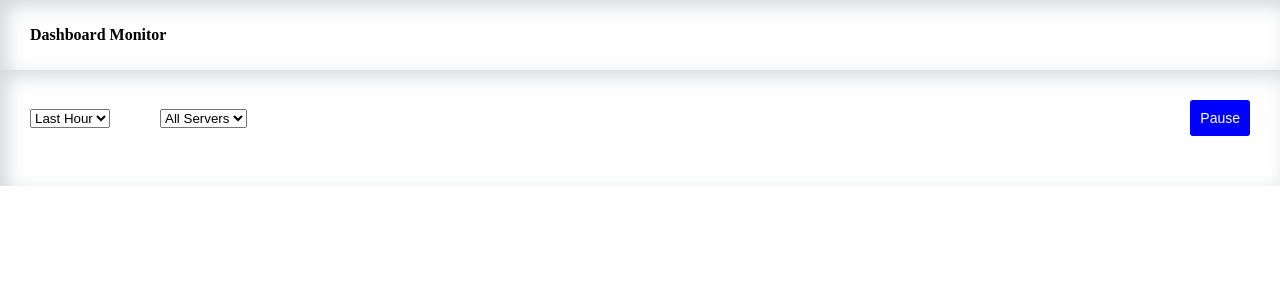
Repository: egorgloom/dashboard
Page: /
An editor plug-in stored every save of this project. The page is shown before and after the next save, followed by the edit.
The browser window is 1280 px wide. The pictures show the whole page.
The page's requests for data from a server got no answer. The project was rebuilt for these pictures with package versions that can differ from the ones it lists, and the page was loaded fresh each time. No one was signed in, and anything a server would have sent is missing. Also part of the build but not shown: webpack.config.js, src/components/ItemCard/ItemCard.tsx, src/components/SingleServerMetrics/SingleServerMetrics.tsx.

Above is the page before, as saved 2025-04-16 16:41:07.

### src/index.html
<!DOCTYPE html>
<html>

<head>
  <meta charset="utf-8">
  <meta name="viewport" content="width=device-width, initial-scale=1.0" />
  <title>Dashboard</title>
</head>

<body>
  <div id="app"></div>
  <!-- <script type="module" src="./main.tsx"></script> -->
</body>
</html>

### src/app.tsx
import * as React from 'react';

import ReactDOM from "react-dom/client";
import { Provider } from 'react-redux';
import {
  BrowserRouter as Router,
  Routes,
  Route,
  BrowserRouter
} from "react-router-dom";



import './app.scss'
import OverviewPage from './components/OverviewPage/OverviewPage';
import store from './store';
import SingleServerMetrics from './components/SingleServerMetrics/SingleServerMetrics';



const App = () => {
  return (
    <>
    <Routes>
      <Route path='*' element={<OverviewPage/>}/>
      <Route path='/metrics/:id' element={<SingleServerMetrics/>} />
    </Routes>
    </>

  )
}




const rootElement = document.getElementById('app');
if (rootElement) {
  const root = ReactDOM.createRoot(rootElement);
  root.render(
    <React.StrictMode>
      <Provider store={store}>
        <BrowserRouter>
          <App />
        </BrowserRouter>
      </Provider>
    </React.StrictMode>
  );
}

### src/app.scss
html, body {
    width: 100%; height: 100%; margin: 0; padding: 0;

  }

  * {
    margin: 0;
    padding: 0;
    box-sizing: border-box;
  }

  #app {
    width: 100%; height: 100%; margin: 0; padding: 0px;
  }


  ol,
  ul {
    list-style: none;
  }

  a {
    text-decoration: none;
    padding: 0;
    margin: 0;
  }

  //variables

  $white: #FFF;
$lightBlack: #333;
$black: #000;
$blue: blue;

$fs10: 10px;
$fs11: 11px;
$fs12: 12px;
$fs13: 13px;
$fs14: 14px;
$fs16: 16px;
$fs17: 17px;
$fs18: 18px;
$fs20: 20px;
$fs24: 24px;
$fs36: 36px;

$pad30px: 30px;

//mixins
@mixin flex--center {
  display: flex;
  align-items: center;
  justify-content: center;

}

@mixin flex--space-between {
  display: flex;
  align-items: center;
  justify-content: space-between;

}

@mixin box-shadow {
  -webkit-box-shadow: 7px 6px 19px 0px rgba(34, 60, 80, 0.2) inset;
-moz-box-shadow: 7px 6px 19px 0px rgba(34, 60, 80, 0.2) inset;
box-shadow: 7px 6px 19px 0px rgba(34, 60, 80, 0.2) inset;
}

//header
.header {
    width: 100%;
    height: 70px;
    @include flex--center;
    justify-content: left;
  @include box-shadow;
}

.header--logo {

    color: $black;
    font-weight: bold;
    padding-left: $pad30px;
}
//wrapper

.wrapper {
padding: $pad30px;
@include box-shadow;



}
.wrapper--filters {
  @include flex--space-between;
  flex-direction: row;


}

.wrapper--filter-select {
  @include flex--space-between;
  gap: 50px;

}

.btn {
  background-color: $blue;
  padding: 10px;
  color: $white;
  font-size: $fs14;
  border-style: none;
  border-radius: 3px;
}

//all-cards

.all-cards {
  margin-top: 20px;
  display: flex;
  flex-direction: row;
  flex-wrap: wrap;
  gap: 15px;
}
.all-cards--card {
  padding: 20px;
  width: calc(50% - 20px);
  display: flex;
  gap: 20px;
  flex-direction: column;
  -webkit-box-shadow: -1px 0px 3px 3px rgba(34, 60, 80, 0.2);
-moz-box-shadow: -1px 0px 3px 3px rgba(34, 60, 80, 0.2);
box-shadow: -1px 0px 3px 3px rgba(34, 60, 80, 0.2);
}

.all-cards--card--server {
  @include flex--space-between;
}
.all-cards--card--data {
display: grid;
    grid-template-columns: 50%;
    grid-template-rows: 50%;
    grid-auto-columns: 1fr;
    gap: 10px;
    grid-auto-flow: row;
    grid-template-areas:
      ". ."
      ". .";



}

.all-cards--card--data--info {
  display: flex;
  flex-direction: column;
  gap: 7px;
}
.all-cards--card--data--info--label {
  font-size: $fs11;
  color: $lightBlack;
}
.all-cards--card--data--info--value {
  font-size: $fs18;
  color: $black;
  font-weight: bold;
}

.all-cards--card--location {
display: flex;
flex-direction: column;

}

### src/components/OverviewPage/OverviewPage.tsx
import React from 'react';
import { FC } from 'react';
import { useGetMetricsQuery } from '../../API/metricsSlice';
import { IMetrics } from '../../interfaces/interface';
import Header from '../Header/Header';
import ItemCard from '../ItemCard/ItemCard';


interface IOverviewPage { }

const OverviewPage: FC<IOverviewPage> = () => {

    const {data} = useGetMetricsQuery('')

    return (
        <>

            <Header />

            <div className='wrapper'>
                <div className='wrapper--filters'>
                    <div className='wrapper--filter-select'>
                        <select name="" id="">
                            <option value="1">Last Hour</option>
                            <option value="3">2</option>
                            <option value="6">3</option>

                        </select>
                        <select name="" id="">
                            <option value="1">All Servers</option>
                            <option value="2">web</option>
                            <option value="3">db</option>
                            <option value="4">cache</option>

                        </select>
                    </div>

                    <div>
                        <button className='btn'>Pause</button>
                    </div>
                </div>
                <div className='all-cards'>
                {data?.map((elem: IMetrics) => <ItemCard elem={elem} key={elem.id}/>)}
                </div>
            </div>
        </>
    );
};

export default OverviewPage;

### src/store.ts
import { configureStore  } from '@reduxjs/toolkit'

import { metricsSlice } from './API/metricsSlice'



const store = configureStore({
reducer: {
      [metricsSlice.reducerPath]: metricsSlice.reducer,

},
middleware: (getDefaultMiddleware) =>
      getDefaultMiddleware().concat(metricsSlice.middleware),
})


export default store

### src/API/metricsSlice.ts
import { createApi, fetchBaseQuery } from '@reduxjs/toolkit/query/react'
import { IMetrics } from '../interfaces/interface'


export const metricsSlice = createApi({
    reducerPath: 'metricsSlice',
    baseQuery: fetchBaseQuery({ baseUrl: 'https://server-shop-co.onrender.com/'}),
    tagTypes: ['metrics'],
    endpoints: (builder) => ({
        getMetrics: builder.query<IMetrics[], string>({
            query: () => 'metrics',
            providesTags: ['metrics'],
        }),
        getItemMetric: builder.query<IMetrics, any>({
            query: ({id}) => `metrics/${id}`,
            providesTags: ['metrics'],

        })

})
})

export const {useGetMetricsQuery, useGetItemMetricQuery} = metricsSlice;

### src/components/Header/Header.tsx
import React from 'react';
import { FC } from 'react';

interface IHeader {}

const Header: FC<IHeader> = () => {
  return (
    <>
          <header className='header'>
        <a href="/" aria-label="Dashboard" className='header--logo'>
          Dashboard Monitor
        </a>
      </header>
    </>
  );
};

export default Header;

After the next save:
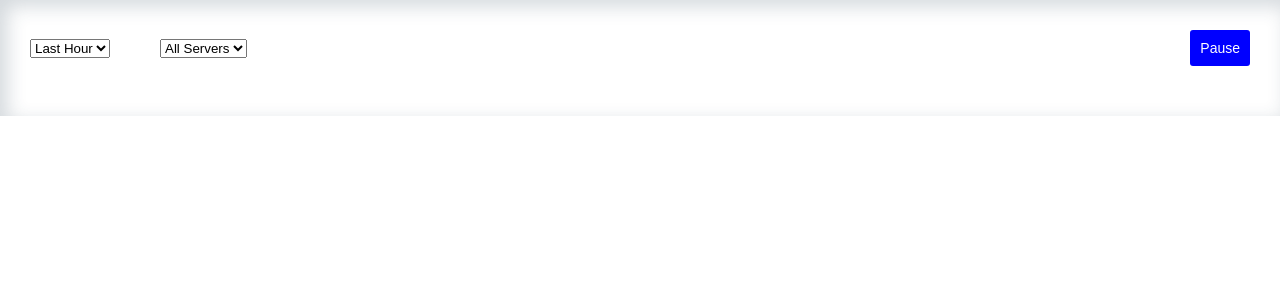
Saved 39 min 46 s later.
--- a/src/components/OverviewPage/OverviewPage.tsx
+++ b/src/components/OverviewPage/OverviewPage.tsx
@@ -2,7 +2,7 @@ import React from 'react';
 import { FC } from 'react';
 import { useGetMetricsQuery } from '../../API/metricsSlice';
 import { IMetrics } from '../../interfaces/interface';
-import Header from '../Header/Header';
+
 import ItemCard from '../ItemCard/ItemCard';
 
 
@@ -15,7 +15,7 @@ const OverviewPage: FC<IOverviewPage> = () => {
     return (
         <>
 
-            <Header />
+
 
             <div className='wrapper'>
                 <div className='wrapper--filters'>

After the save that followed:
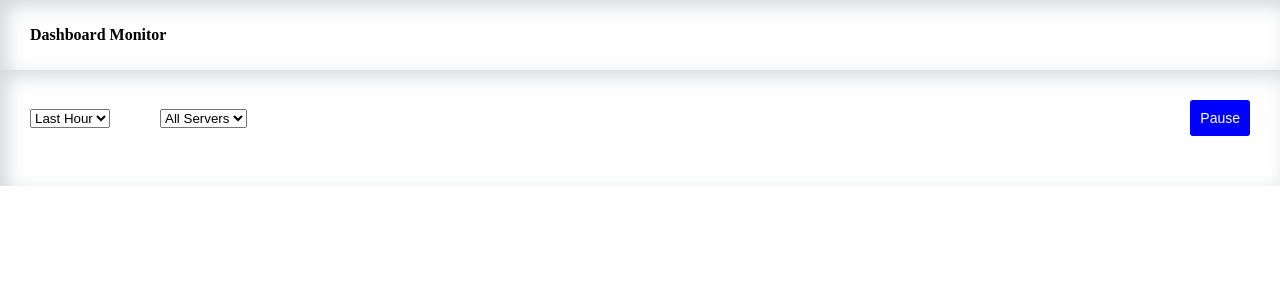
Saved 2 s later.
--- a/src/app.tsx
+++ b/src/app.tsx
@@ -15,12 +15,14 @@ import './app.scss'
 import OverviewPage from './components/OverviewPage/OverviewPage';
 import store from './store';
 import SingleServerMetrics from './components/SingleServerMetrics/SingleServerMetrics';
+import Header from './components/Header/Header';
 
 
 
 const App = () => {
   return (
     <>
+                <Header />
     <Routes>
       <Route path='*' element={<OverviewPage/>}/>
       <Route path='/metrics/:id' element={<SingleServerMetrics/>} />
